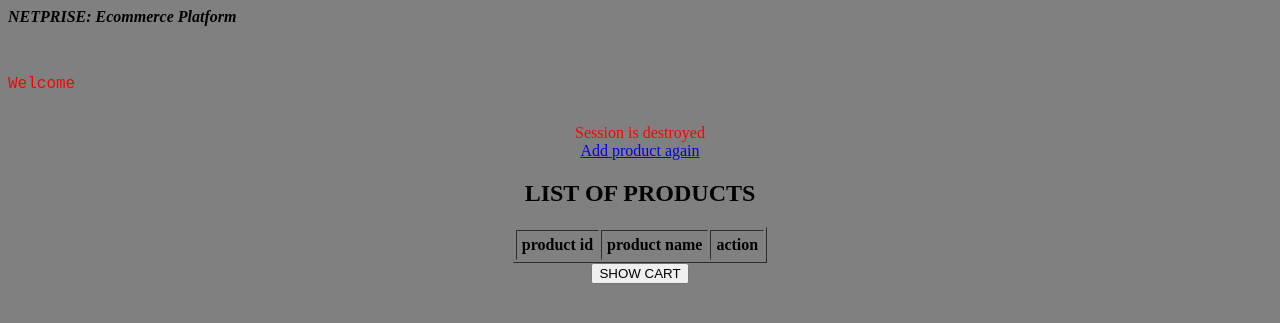
Repository: loky91/MYLABSONLY
Page: http://localhost/NETPRISE_TASK/showcart.net
The author's editor kept a copy of each file at every save. The page is drawn from the files as they stood at one save, then again after the next save.
The browser window is 1280 px wide. The pictures show the whole page.
The page is served by Tomcat 9. Queries for data that is not in the repository find no rows.

Above is the page before, as saved 2017-10-20 11:46:07.

After the next save:
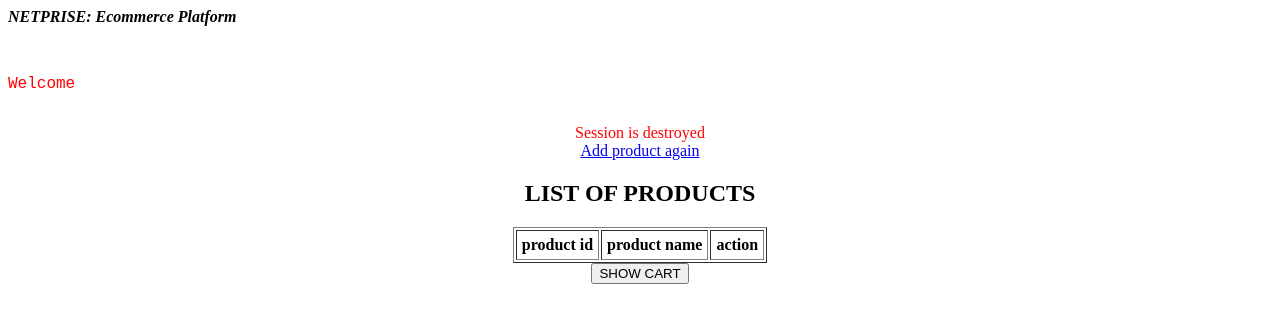
Saved 3 min 14 s later.
--- a/E_commerce/NETPRISE_TASK/src/main/webapp/home.jsp
+++ b/E_commerce/NETPRISE_TASK/src/main/webapp/home.jsp
@@ -12,7 +12,7 @@
 <title>WELCOME TO THE PRODUCTS LIST</title>
 </head>
 
-<BODY BGCOLOR=#808080>
+<BODY BGCOLOR=#FFFFFF>
 <B><I>NETPRISE: Ecommerce Platform</I></B>
 
 
